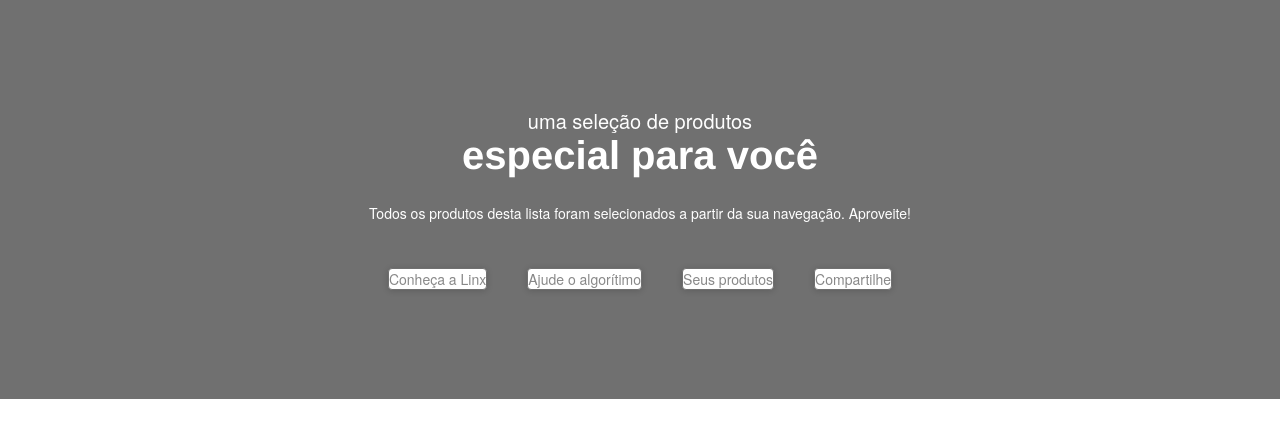
Repository: danielpellicano/front-end-developer-test-linx-2020
Page: index.html
These files come from the project's save history. The page is drawn as it stood at one moment and after the next save; the edit follows.
The browser window is 1280 px wide. The pictures show the whole page.
Some web fonts or font styles are not loaded; a fallback is used.

Above is the page before, as saved 2020-09-01 12:19:01.

After the next save:
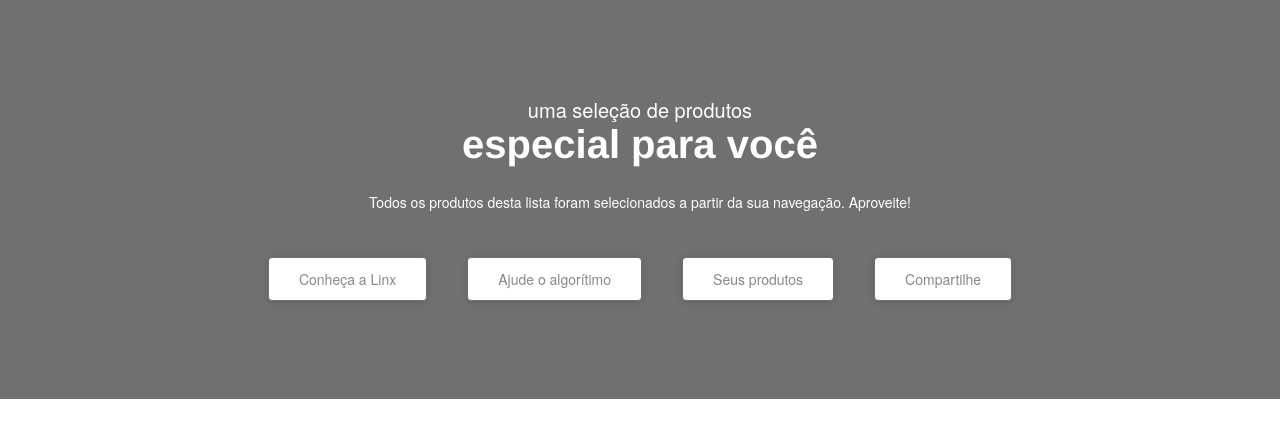
Saved 4 s later.
--- a/css/style.css
+++ b/css/style.css
@@ -153,7 +153,7 @@ body {
 
 #header nav ul li a {
     display: block;
-    padding: 11 30px;
+    padding: 11px 30px;
     background: #fff;
     margin: 0 20px;
     border-radius: 4px;
